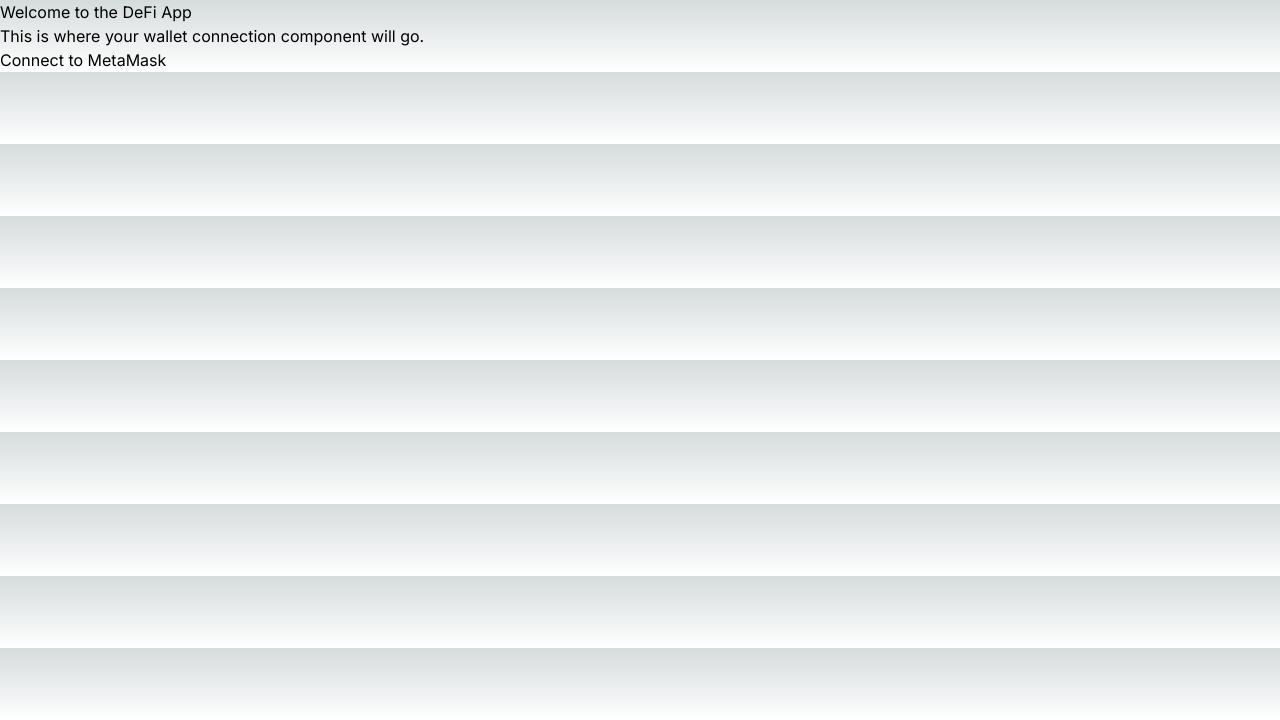
Repository: ramnaresh8/Defi-App
Page: / (app in wallet/)
An editor plug-in stored every save of this project. The page is shown before and after the next save, followed by the edit.
The browser window is 1280 px wide. The pictures show the whole page.
The project was rebuilt for these pictures with package versions that can differ from the ones it lists, and the page was loaded fresh each time. The framework's server and built-in components were replaced by stand-ins that run in the browser. Also part of the build but not shown: wallet/next.config.mjs.

Above is the page before, as saved 2024-08-23 19:11:14.

### wallet/app/page.tsx
"use client"; // This ensures the component is treated as a client component

import React from 'react';
import WalletConnector from '../components/WalletConnector'; // Adjust the import path if necessary

export default function Home() {
  return (
    <div>
      <h1>Welcome to the DeFi App</h1>
      <p>This is where your wallet connection component will go.</p>
      <WalletConnector /> {/* This is where your wallet connector component will be rendered */}
    </div>
  );
}

### wallet/components/WalletConnector.tsx
import React, { useState, useEffect } from 'react';
import { ethers } from 'ethers';

const WalletConnector: React.FC = () => {
  const [walletAddress, setWalletAddress] = useState<string | null>(null);

  const connectWallet = async () => {
    if (typeof window.ethereum !== 'undefined') {
      try {
        const accounts = await window.ethereum.request({ method: 'eth_requestAccounts' });
        setWalletAddress(accounts[0]);

        const provider = new ethers.providers.Web3Provider(window.ethereum);
        console.log('Connected to wallet:', accounts[0]);
      } catch (error) {
        console.error('Error connecting to MetaMask', error);
      }
    } else {
      alert('MetaMask is not installed. Please install it to use this app.');
    }
  };

  useEffect(() => {
    if (typeof window.ethereum !== 'undefined') {
      window.ethereum.on('accountsChanged', (accounts: string[]) => {
        if (accounts.length > 0) {
          setWalletAddress(accounts[0]);
        } else {
          setWalletAddress(null);
        }
      });

      window.ethereum.on('chainChanged', (_chainId: string) => {
        window.location.reload();
      });
    }
  }, []);

  return (
    <div>
      <button onClick={connectWallet}>
        {walletAddress ? `Connected: ${walletAddress}` : 'Connect to MetaMask'}
      </button>
    </div>
  );
};

export default WalletConnector;

### wallet/tailwind.config.ts
import type { Config } from "tailwindcss";

const config: Config = {
  content: [
    "./components/**/*.{js,ts,jsx,tsx,mdx}",
    "./app/**/*.{js,ts,jsx,tsx,mdx}",
  ],
  theme: {
    extend: {
      backgroundImage: {
        "gradient-radial": "radial-gradient(var(--tw-gradient-stops))",
        "gradient-conic":
          "conic-gradient(from 180deg at 50% 50%, var(--tw-gradient-stops))",
      },
    },
  },
  plugins: [],
};
export default config;

Loaded but not shown: wallet/app/layout.tsx (common file); wallet/app/globals.css (common file)

After the next save:
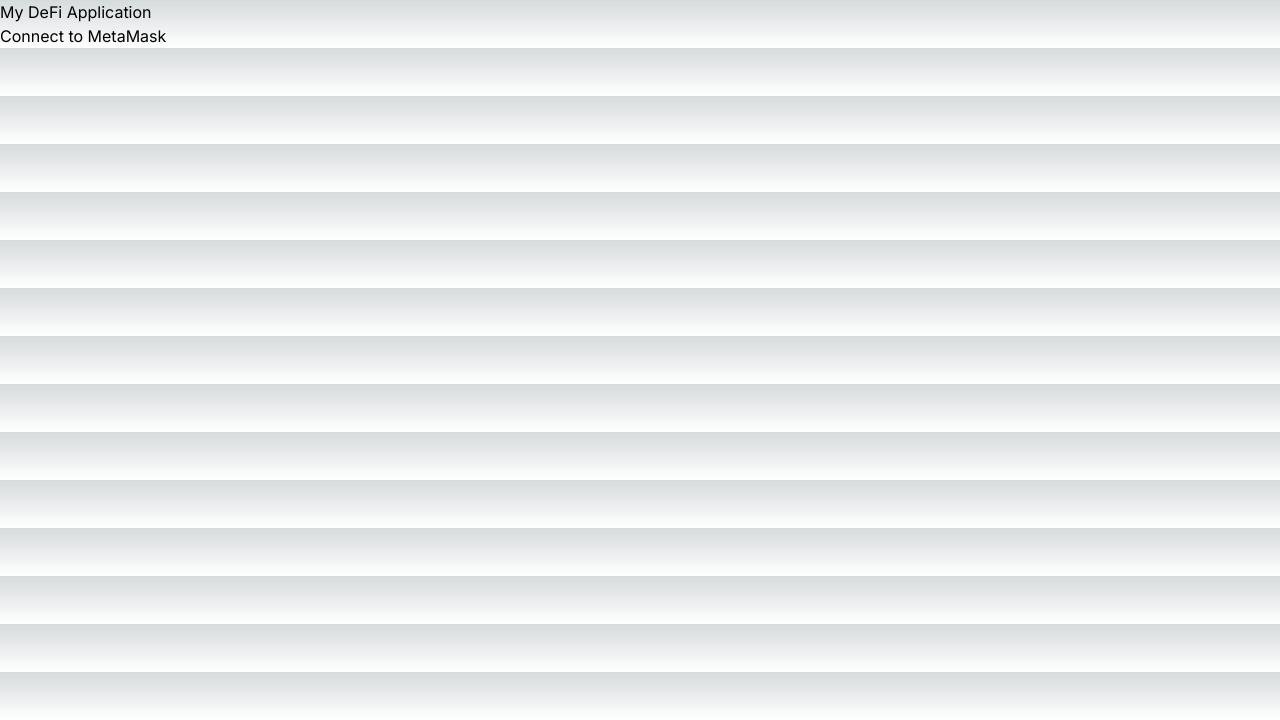
Saved 16 s later.
--- a/wallet/app/page.tsx
+++ b/wallet/app/page.tsx
@@ -1,14 +1,17 @@
 "use client"; // This ensures the component is treated as a client component
 
+// pages/index.tsx
 import React from 'react';
-import WalletConnector from '../components/WalletConnector'; // Adjust the import path if necessary
+import WalletConnector from '../components/WalletConnector';
 
-export default function Home() {
+const Home: React.FC = () => {
   return (
     <div>
-      <h1>Welcome to the DeFi App</h1>
-      <p>This is where your wallet connection component will go.</p>
-      <WalletConnector /> {/* This is where your wallet connector component will be rendered */}
+      <h1>My DeFi Application</h1>
+      <WalletConnector />
+      {/* Other components like token swapping, price visualization, etc. */}
     </div>
   );
-}
+};
+
+export default Home;
